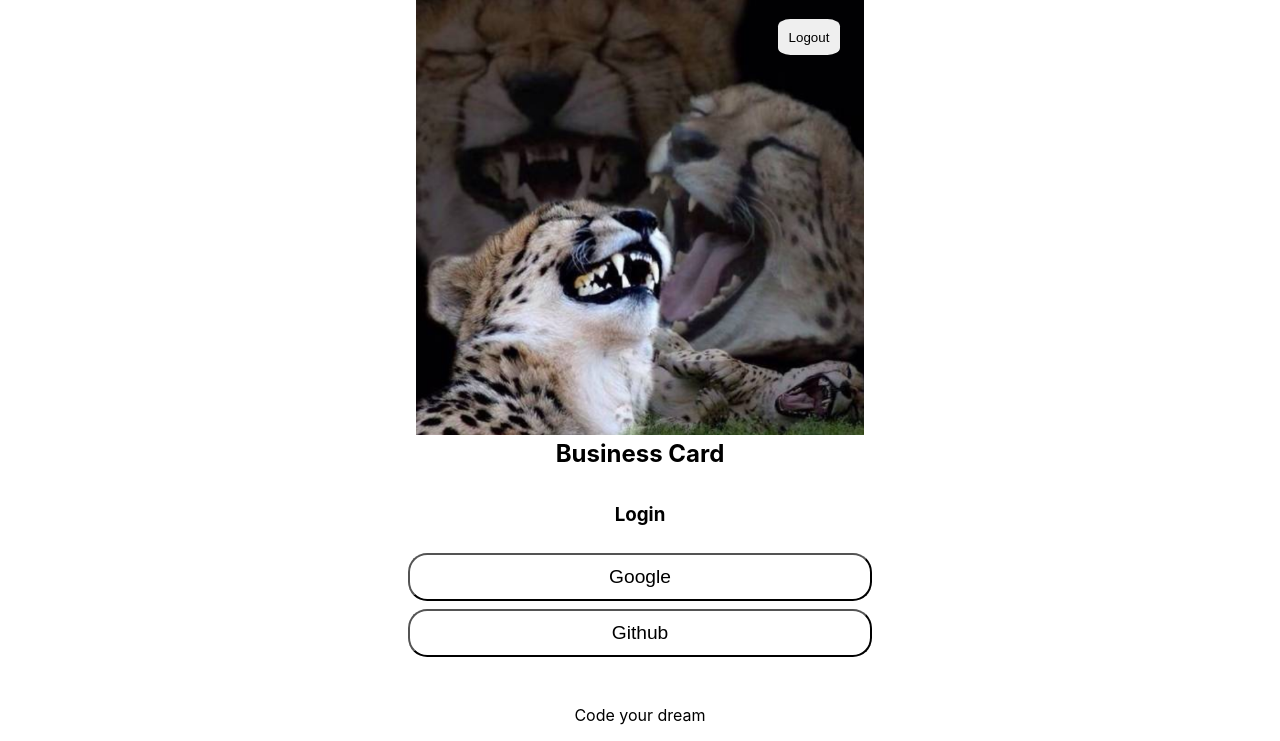
Repository: janghwahyun/pr_card_maker
Page: /
These files come from the project's save history. The page is drawn as it stood at one moment and after the next save; the edit follows.
The browser window is 1280 px wide. The pictures show the whole page.
The page's requests for data from a server got no answer. The project was rebuilt for these pictures with package versions that can differ from the ones it lists, and the page was loaded fresh each time. No one was signed in, and anything a server would have sent is missing. Imported but missing from the stored project, and not drawn on this page: src/reportWebVitals.

Above is the page before, as saved 2021-12-20 23:55:55.

After the next save:
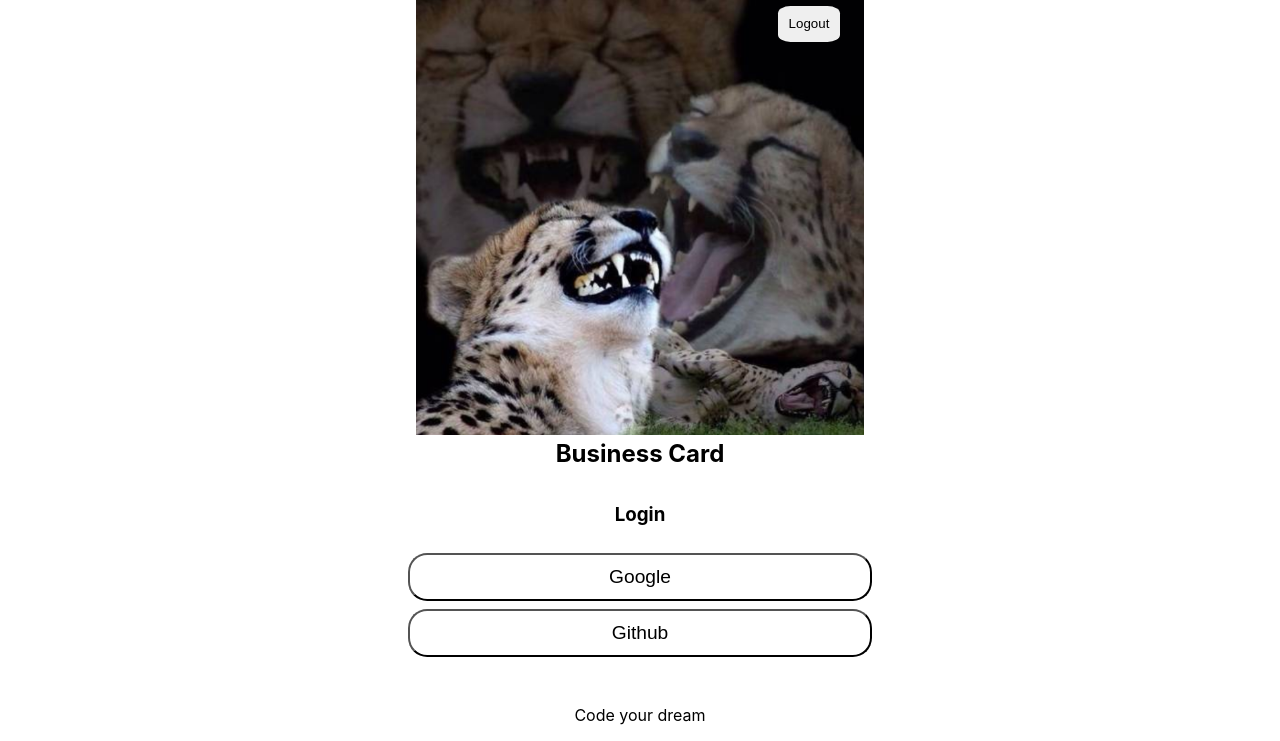
Saved 4 s later.
--- a/src/components/header/header.module.css
+++ b/src/components/header/header.module.css
@@ -20,7 +20,7 @@
 .logout {
   position: absolute;
   right: 3em;
-  top: 3em;
+  top: 2em;
   padding: 0.8em;
   border-radius: 20%;
   background-color: makerBlack;
